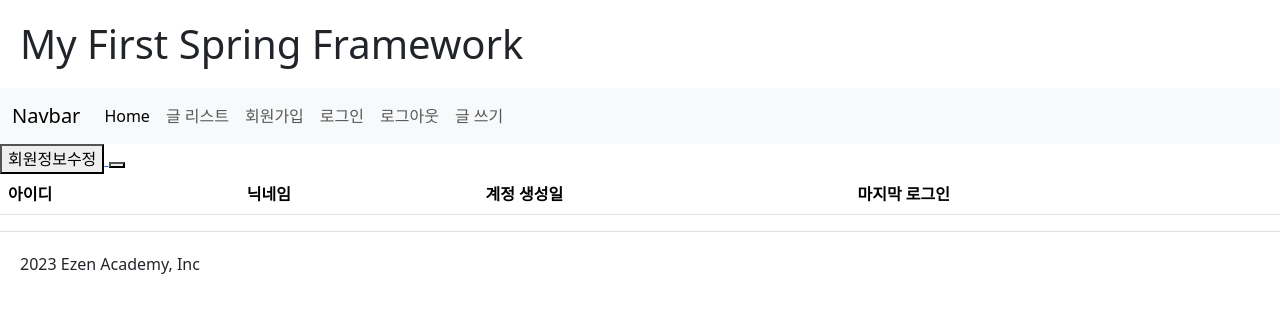
Repository: jinho0717/spring
Page: http://localhost/springProject/WEB-INF/views/member/detail.jsp
These files come from the project's save history. The page is drawn as it stood at one moment and after the next save; the edit follows.
The browser window is 1280 px wide. The pictures show the whole page.
The page is served by Tomcat 9. Nobody is signed in. The template is opened directly, without the code that normally fills it, so the values that code supplies are empty.

Above is the page before, as saved 2023-10-31 08:53:42.

After the next save:
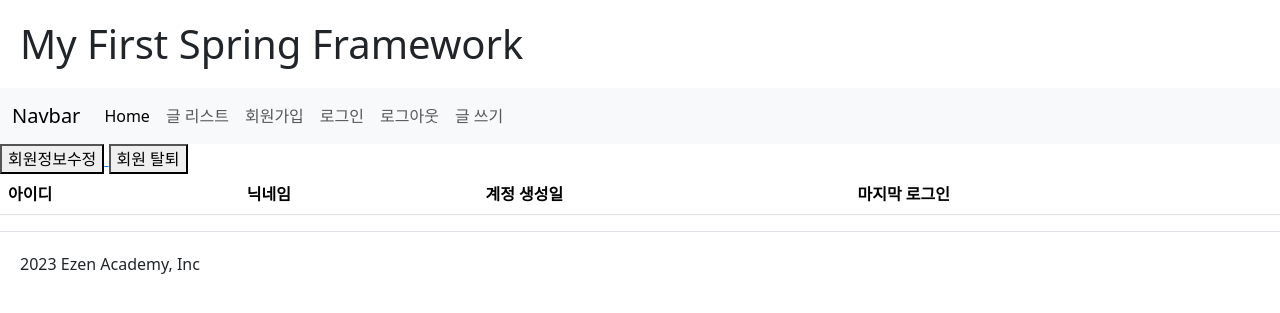
Saved 6 s later.
--- a/springProject/src/main/webapp/WEB-INF/views/member/detail.jsp
+++ b/springProject/src/main/webapp/WEB-INF/views/member/detail.jsp
@@ -15,7 +15,7 @@
 	<button type="button">회원정보수정</button>
 </a>
 <a href="/member/remove?email=${mvo.email }">
-	<button type="button"></button>
+	<button type="button">회원 탈퇴</button>
 </a>
 <table class="table table-hover">
 	<tr>
